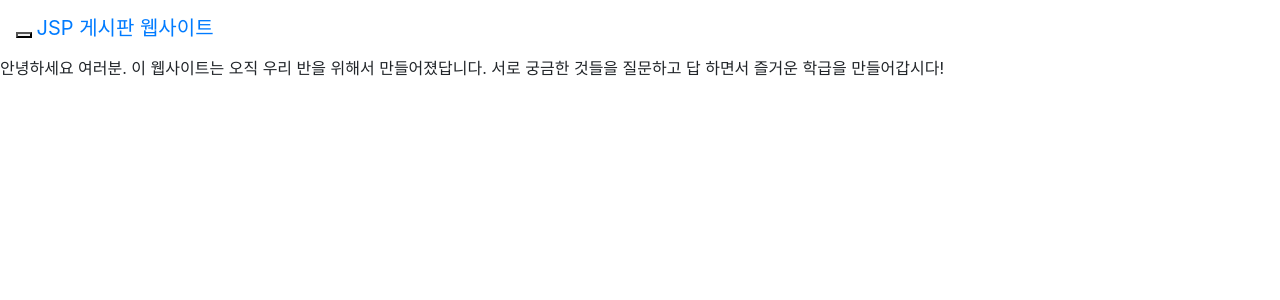
Repository: Munro-L/I-spy-oT__cuHacking-2019
Page: http://localhost/BBS/login.jsp
An editor plug-in stored every save of this project. The page is shown before and after the next save, followed by the edit.
The browser window is 1280 px wide. The pictures show the whole page.
The page is served by Tomcat 9.

Above is the page before, as saved 2019-02-01 06:28:24.

After the next save:
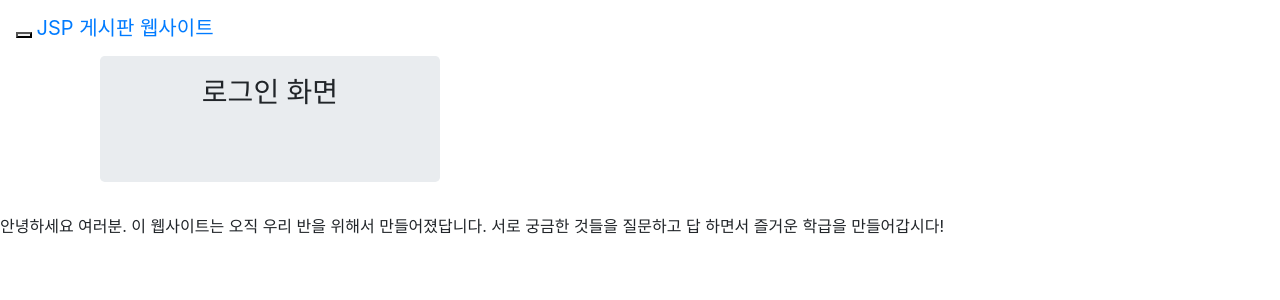
Saved 4 min 55 s later.
--- a/BBS-master/projects/BBS/WebContent/login.jsp
+++ b/BBS-master/projects/BBS/WebContent/login.jsp
@@ -22,6 +22,17 @@
 			<a class="navbar-brand" href="main.jsp">JSP 게시판 웹사이트</a>
 		</div>
 	</nav>
+	<div class="container">
+		<div class="col-lg-4"></div>
+		<div class="col-lg-4">
+			<div class="jumbotron" style="padding-top: 20px;">
+				<form method="post" action="loginAction.jsp">
+					<h3 style="text-align:center;">로그인 화면</h3>
+				</form>
+
+			</div>
+		</div>
+	</div>
 
 		<p>안녕하세요 여러분. 이 웹사이트는 오직 우리 반을 위해서 만들어졌답니다.
 	서로 궁금한 것들을 질문하고 답 하면서 즐거운 학급을 만들어갑시다! </p>
